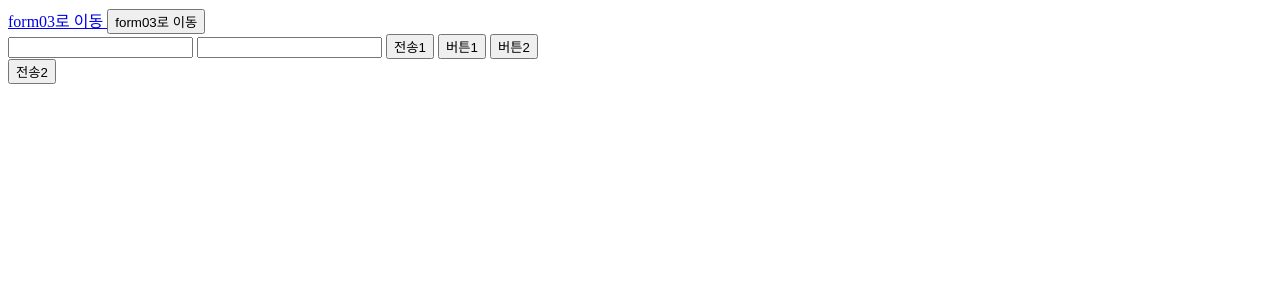
Repository: pyeonm30/PYMjspWorkspace
Page: http://localhost/basicJSP/01_basic/ex07_from06.jsp
These files come from the project's save history. The page is drawn as it stood at one moment and after a run of saves; the edit follows.
The browser window is 1280 px wide. The pictures show the whole page.
The page is served by Tomcat 9. Other server files are loaded and not shown.

Above is the page before, as saved 2024-01-30 02:42:57.

### basicJSP/src/main/webapp/01_basic/ex07_from06.jsp
<%@ page language="java" contentType="text/html; charset=UTF-8"
    pageEncoding="UTF-8"%>
<!DOCTYPE html>
<html>
<head>
<meta charset="UTF-8">
<title>Insert title here</title>
</head>
<body>
   <a href="ex04_form03.jsp"> form03로 이동 </a>
   <button onclick="movePage()"> form03로 이동 </button>

   <form action="ex08_from06pro.jsp" method="get">
   	<input type="number" id="num1" name="num1" />
   	   	<input type="number" id="num2" name="num2" />
   	<input type="button" id="btn1" value="전송1"/>
   	<input type="submit" value="버튼1"/>
   	<button> 버튼2</button> <!-- form 태그 안에 있는 버튼은 <input type="submit"/> 와 동일 -->
   </form>
    <button onclick="goNextPage()"> 전송2</button> <!-- 	form 태그 밖에 있는 버튼은 <input type="button"/> 과 동일-->
</body>
</html>
<script>
document.querySelector("#btn1").addEventListener("click",goNextPage);

function movePage(){
	location.href="ex04_form03.jsp";
}
function goNextPage(){
	let name1 = document.querySelector("#num1").name;
	let name2 = document.querySelector("#num2").name;
	let value1 = document.querySelector("#num1").value;
	let value2 = document.querySelector("#num2").value;
	let url = `ex08_from06pro.jsp?${name1}=${value1}&${name2}=${value2}`;
	location.href= url;
}

</script>

After the next 4 saves:
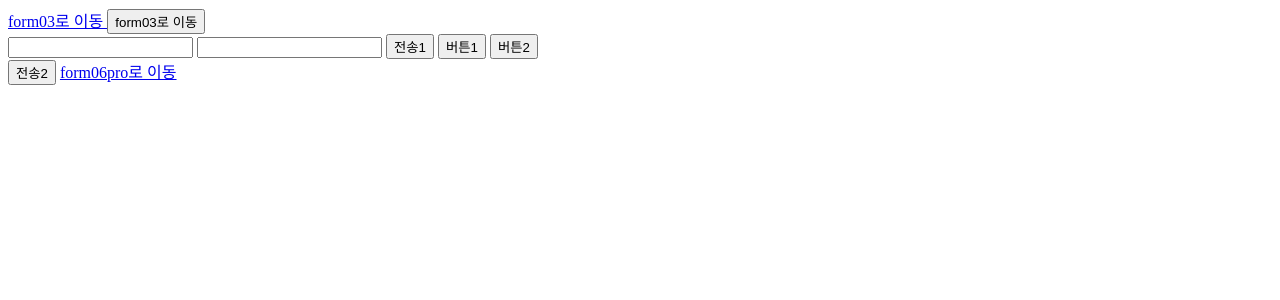
The 4 saves are shown as one change because 3 did not build or start.
The last was saved 25 min 30 s later.
--- a/basicJSP/src/main/webapp/01_basic/ex07_from06.jsp
+++ b/basicJSP/src/main/webapp/01_basic/ex07_from06.jsp
@@ -18,6 +18,8 @@
    	<button> 버튼2</button> <!-- form 태그 안에 있는 버튼은 <input type="submit"/> 와 동일 -->
    </form>
     <button onclick="goNextPage()"> 전송2</button> <!-- 	form 태그 밖에 있는 버튼은 <input type="button"/> 과 동일-->
+
+   <a href="ex08_from06pro.jsp?num1=<%=10%>&num2=<%=20 %>"> form06pro로 이동 </a>
 </body>
 </html>
 <script>
